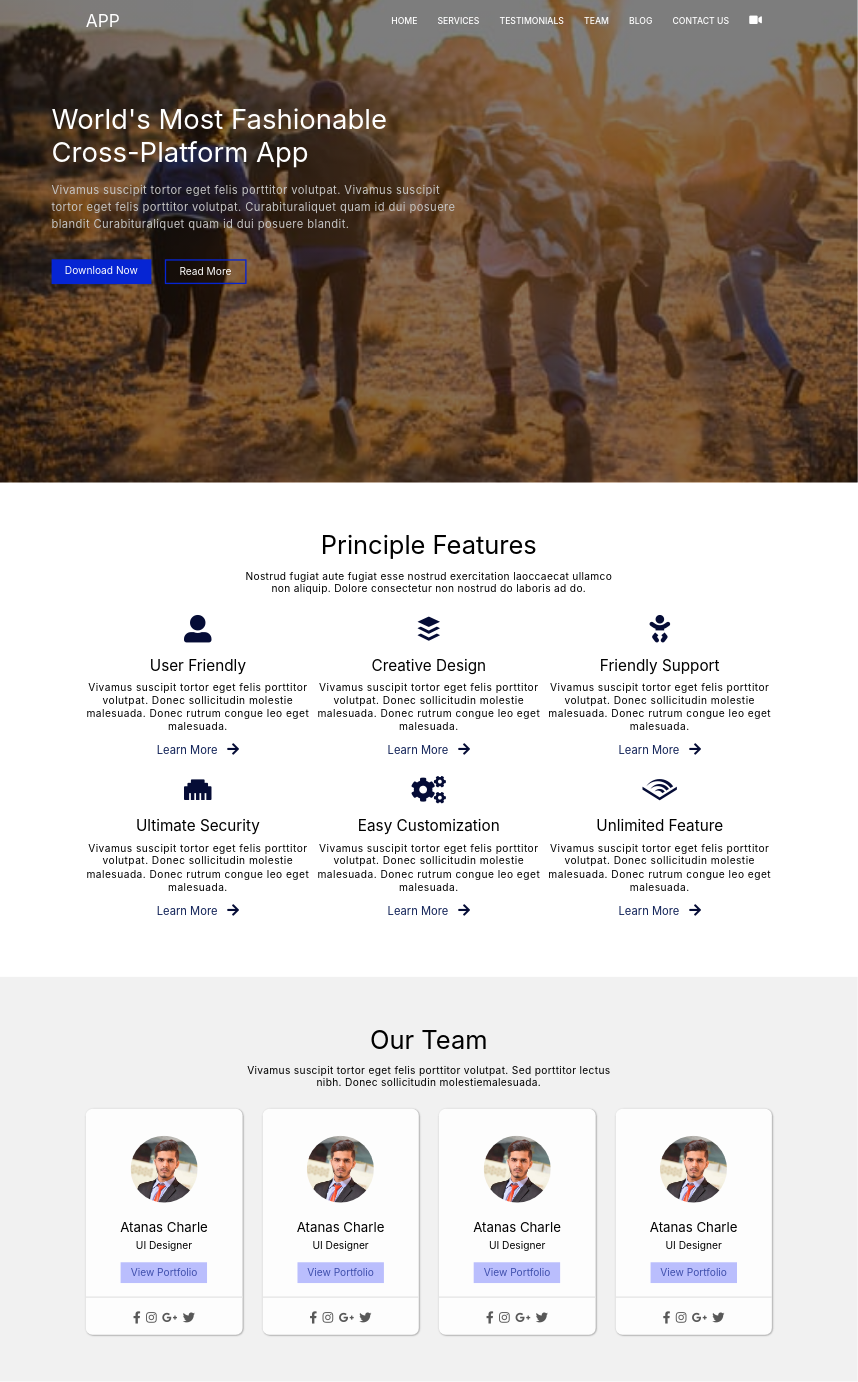
Repository: MagimbiJr/firstDesign
Page: index.html
An editor plug-in stored every save of this project. The page is shown before and after a run of saves, followed by the edit.
The browser window is 1280 px wide. The pictures show the whole page, at 67% of full size.
Backgrounds fixed to the window are drawn as part of the page.

Above is the page before, as saved 2020-06-12 13:19:05.

After the next 2 saves:
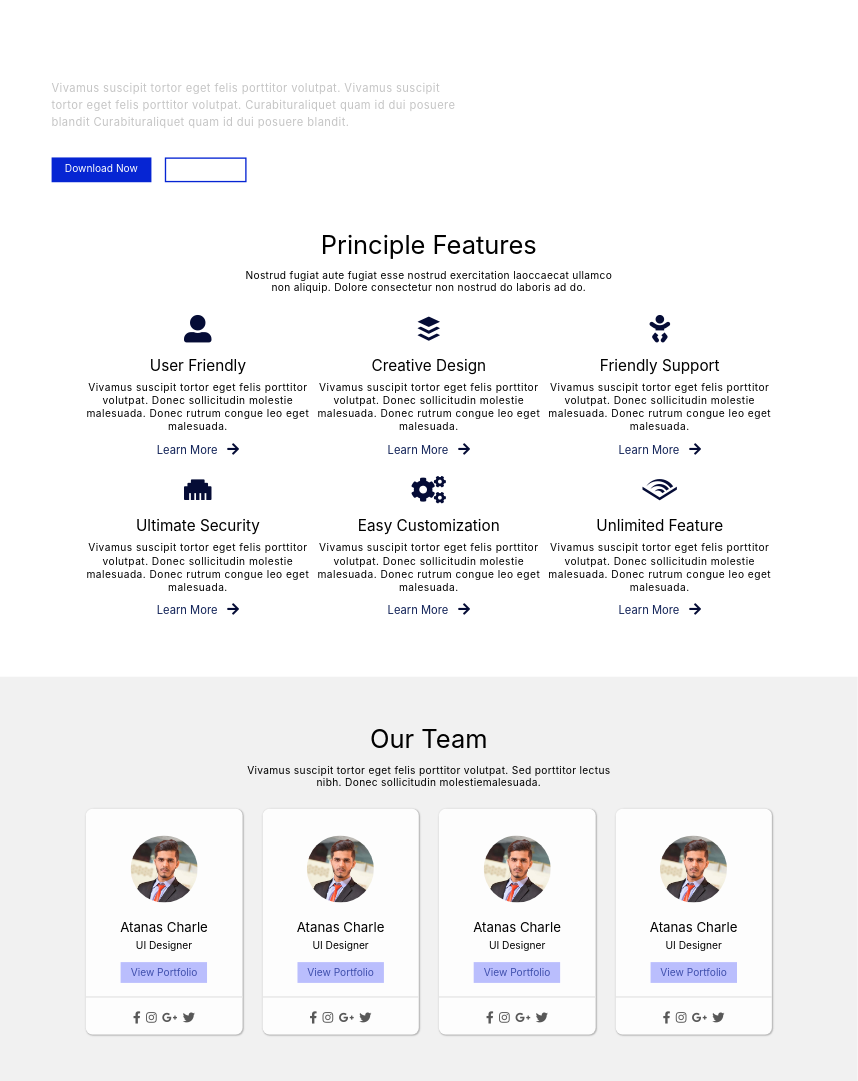
The 2 saves are shown as one change because they came seconds apart.
The last was saved 8 s later.
--- a/css/style.css
+++ b/css/style.css
@@ -48,7 +48,7 @@
 }
 
 
-
+ANIMATION
 
 /* --- HERO AND NAVS STYLE SETTING --- */
 

After the 3 saves that followed:
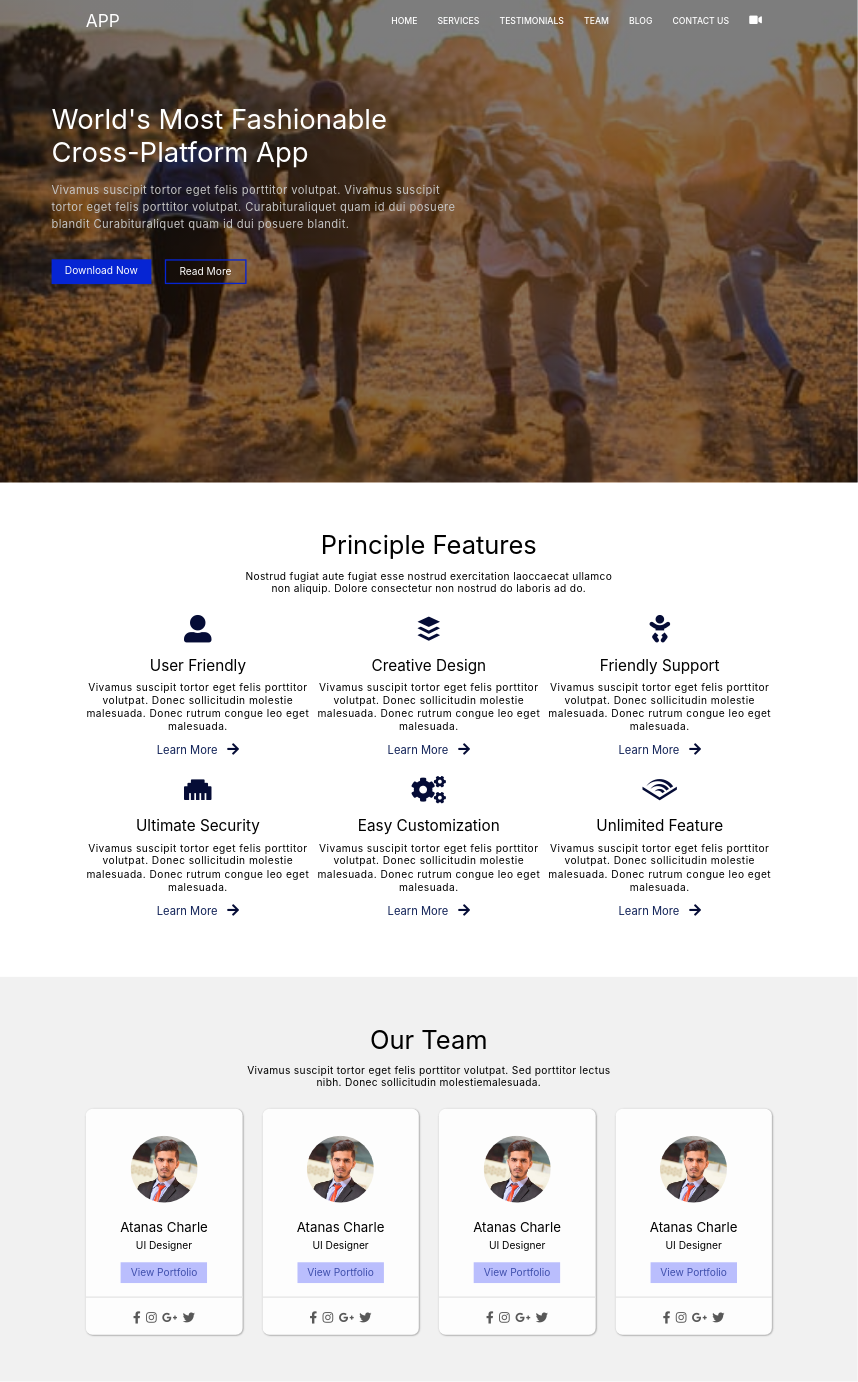
The 3 saves are shown as one change because they came seconds apart.
The last was saved 10 s later.
--- a/css/style.css
+++ b/css/style.css
@@ -48,7 +48,9 @@
 }
 
 
-ANIMATION
+/* ANIMATIONS */
+
+
 
 /* --- HERO AND NAVS STYLE SETTING --- */
 
